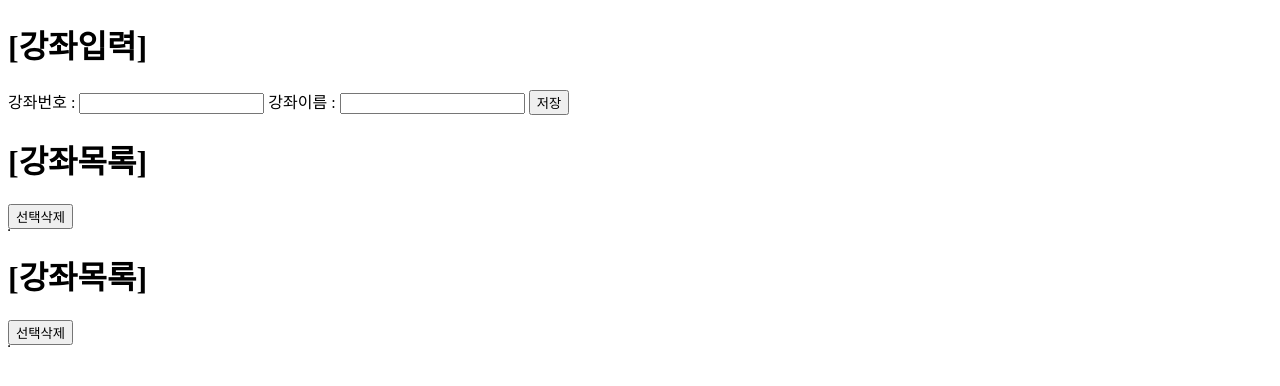
Repository: whwlsghkstm/html
Page: Ex0508/WebContent/clist.html
The author's editor kept a copy of each file at every save. The page is drawn from the files as they stood at one save, then again after the next save.
The browser window is 1280 px wide. The pictures show the whole page.
Some web libraries are served in a nearby version.

Above is the page before, as saved 2020-05-08 06:53:02.

### Ex0508/WebContent/clist.html
<!DOCTYPE html>
<html>
<head>
	<meta charset="UTF-8">
	<title>밤새 모니터에 튀긴 침이 마르기도 전에</title>
	<script src="http://code.jquery.com/jquery-1.9.1.js"></script>
	<script src="https://cdnjs.cloudflare.com/ajax/libs/handlebars.js/3.0.1/handlebars.js"></script>
</head>
<body>
	<h1>[강좌입력]</h1>
	<div>
		강좌번호 : <input type="text" id="textlcode" maxlength=4>
		강좌이름 : <input type="text" id="textlname">
		<button id="btnSave">저장</button>
	</div>

	<h1>[강좌목록]</h1>
	<input type="button" id="btnDelete" value="선택삭제">
	<table id="tab" border=1></table>
	<script id="temp" type="text/x-handlebars-template">
			<tr class="title">
				<td><input type="checkbox" id="checkAll"></td>
				<td>강좌번호</td>
				<td>강좌이름</td>
				<td>삭제</td>
			</tr>

		{{#each cArray}}
			<tr class="row">
				<td><input type="checkbox" class="check"></td>
				<td class="lcode">{{lcode}}</td>
				<td class="lname">{{lname}}</td>
				<td><button class="btnDelete">삭제</button></td>
			</tr>
		{{/each}}
	</script>
	<span id="total"></span>

	<h1>[강좌목록]</h1>
	<input type="button" id="btnDelete" value="선택삭제">
	<table id="tab" border=1></table>
	<script id="temp" type="text/x-handlebars-template">
			<tr class="title">
				<td><input type="checkbox" id="checkAll"></td>
				<td>강좌번호</td>
				<td>강좌이름</td>
				<td>삭제</td>
			</tr>

		{{#each cArray}}
			<tr class="row">
				<td><input type="checkbox" class="check"></td>
				<td class="lcode">{{lcode}}</td>
				<td class="lname">{{lname}}</td>
				<td><button class="btnDelete">삭제</button></td>
			</tr>
		{{/each}}
	</script>
	<span id="total"></span>
</body>

<script>
	getList();

	//목록출력
	function getList(){
		$.ajax({
		    type:"get",
		    url:"clist.jsp",
		    dataType:"json",
		    success:function(data){
		       var temp=Handlebars.compile($("#temp").html());
		       $("#tab").html(temp(data));
		    }
		});
	}

	//강좌데이터 입력
	function insert(){
		var lcode=$("#textlcode").val();
		var lname=$("#textlname").val();
		alert(lcode+lname);
		$.ajax({
			type:"get",
			url:"cinsert.jsp",
			data:{"lcode":lcode, "lname":lname},
			dataType:"json",
			success:function(data){
				if(data.cnt==0){
					alert("저장됐지롱");
					getList();
				}
				else{
					alert("저장안됐지롱");
				}
			}
		});
	}

	//강좌데이터 삭제
	$("#tab").on("click", ".row button", function(){
		if(!confirm("삭제 ㄱ?")) return;
		var row=$(this).parent().parent();
		var lcode=row.find(".lcode").html();
		$.ajax({
			type:"get",
			url:"cdelete.jsp",
			data:{"lcode":lcode},
			dateType:"json",
			success:function(data){
				if(data.cnt==null){
					alert("삭제됐지롱");
					getList();
				}
				else{
					alert("삭제안됐지롱~~~!!");
				}
			}
		});
	});

	//선택한 학생데이터 삭제
	$("#btnDelete").on("click", function(){
		if(!confirm("선택한거 삭제 ㄱ?")) return;
		$("#tab .row .check:checked").each(function(){
			var row=$(this).parent().parent();
			var lcode=row.find(".lcode").html();
			$(this).prop("checked", false);
			$("#tab #checkAll").prop("checked", false);

			$.ajax({
				type:"get",
				url:"cdelete.jsp",
				data:{"lcode":lcode},
				success:function(data){}
			});
		})
		alert("삭제됐지롱");
		getList();
	});

	//저장버튼클릭시 insert
	$("#btnSave").on("click", function(){
		insert();
	});

	//강좌이름 text에서 엔터키입력시 insert
	$("#textlname").keydown(function(key){
		if(key.keyCode==13){
			insert();
		}
	});

	//체크박스모두표시
	$("#tab").on("click", "#checkAll", function(){
		if($(this).is(":checked")){
			$("#tab .row .check").each(function(){
				$(this).prop("checked", true);
			});
		}
		else{
			$("#tab .row .check").each(function(){
				$(this).prop("checked", false);
			});
		}
	});
</script>

</html>

After the next save:
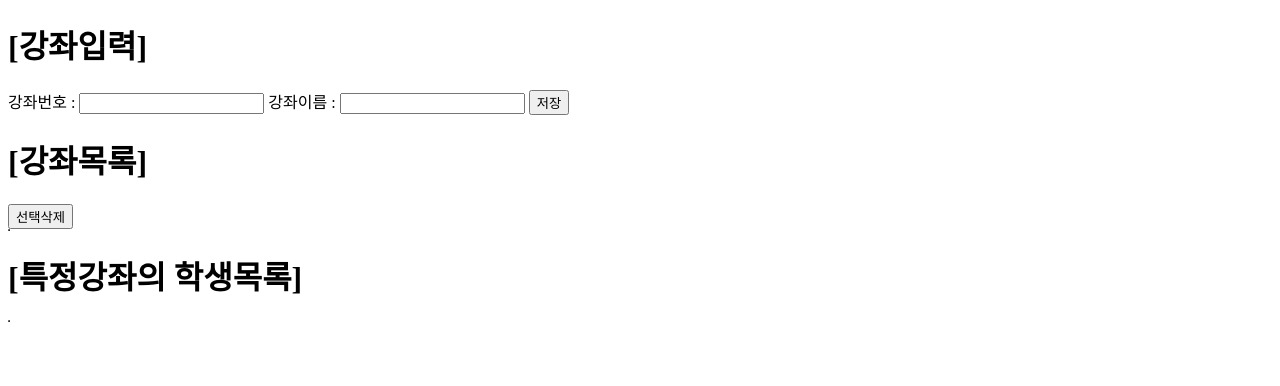
Saved 76 s later.
--- a/Ex0508/WebContent/clist.html
+++ b/Ex0508/WebContent/clist.html
@@ -34,25 +34,23 @@
 			</tr>
 		{{/each}}
 	</script>
-	<span id="total"></span>
 
-	<h1>[강좌목록]</h1>
-	<input type="button" id="btnDelete" value="선택삭제">
-	<table id="tab" border=1></table>
-	<script id="temp" type="text/x-handlebars-template">
-			<tr class="title">
-				<td><input type="checkbox" id="checkAll"></td>
-				<td>강좌번호</td>
-				<td>강좌이름</td>
-				<td>삭제</td>
+	<h1>[특정강좌의 학생목록]</h1>
+	<table id="tab1" border=1></table>
+	<script id="temp1" type="text/x-handlebars-template">
+			<tr class="title1">
+				<td><input type="checkbox" id="checkAll1"></td>
+				<td>학생번호</td>
+				<td>학생이름</td>
+				<td>점수</td>
 			</tr>
 
-		{{#each cArray}}
-			<tr class="row">
-				<td><input type="checkbox" class="check"></td>
-				<td class="lcode">{{lcode}}</td>
-				<td class="lname">{{lname}}</td>
-				<td><button class="btnDelete">삭제</button></td>
+		{{#each jArray}}
+			<tr class="row1">
+				<td><input type="checkbox" class="check1"></td>
+				<td class="scode">{{scode}}</td>
+				<td class="sname">{{sname}}</td>
+				<td class="grade">{{grade}}</td>
 			</tr>
 		{{/each}}
 	</script>
